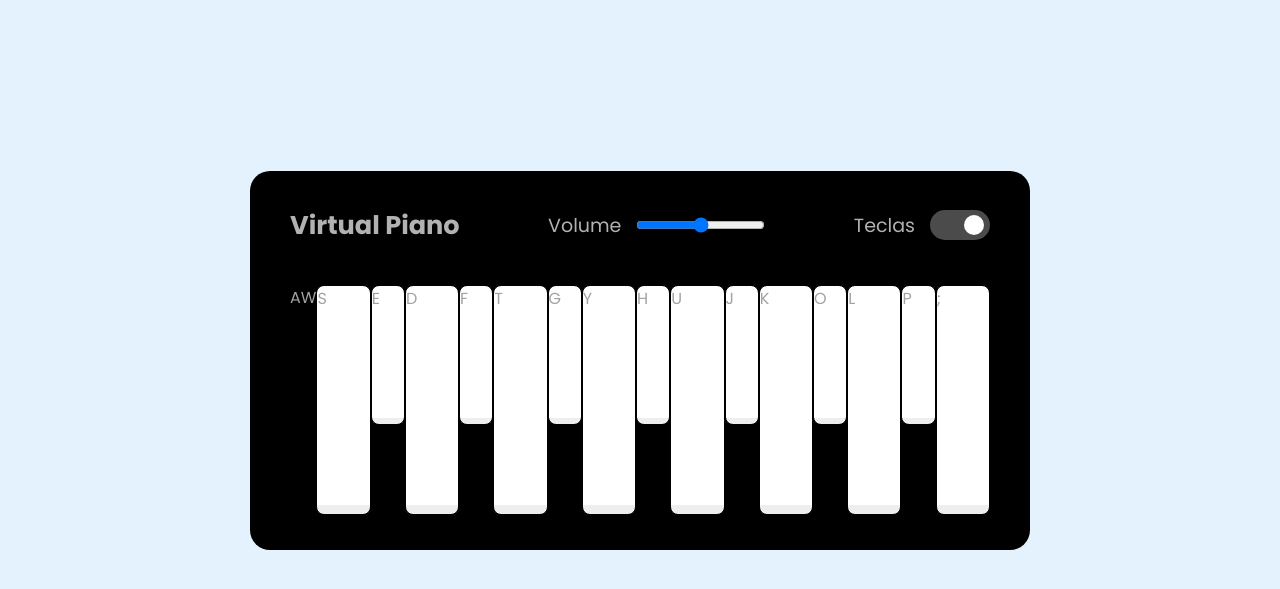
Repository: gustavotwist/simulador-piano
Page: index.html
These files come from the project's save history. The page is drawn as it stood at one moment and after the next save; the edit follows.
The browser window is 1280 px wide. The pictures show the whole page.

Above is the page before, as saved 2024-11-30 17:56:08.

After the next save:
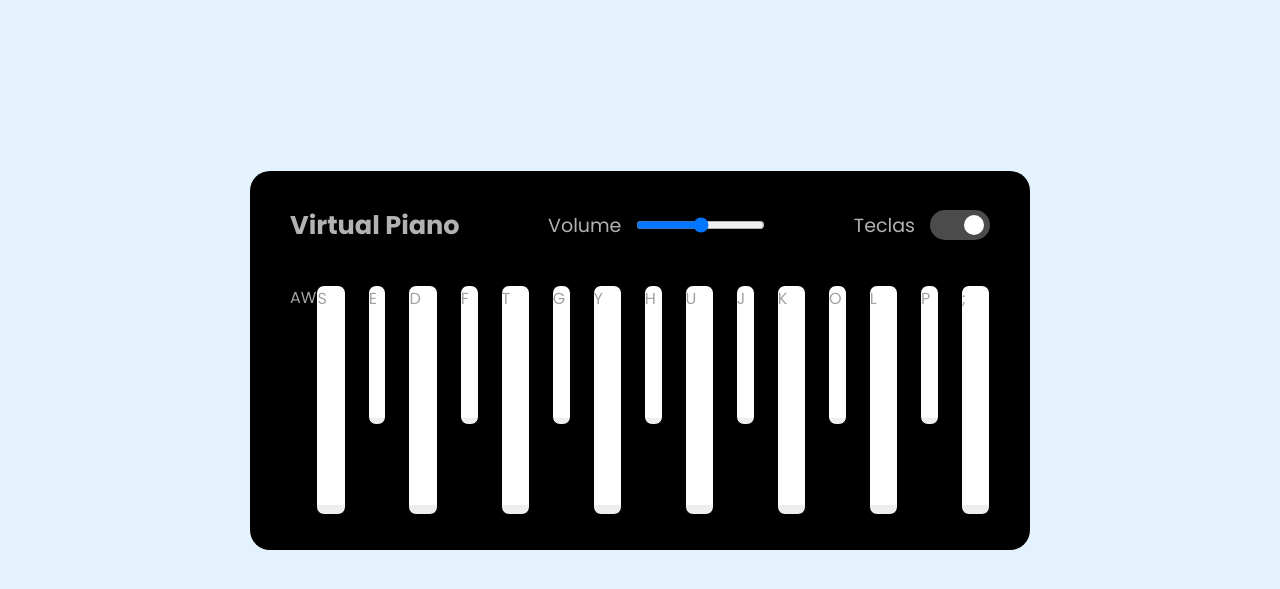
Saved 8 s later.
--- a/src/styles/main.css
+++ b/src/styles/main.css
@@ -94,7 +94,7 @@ header .column span {
     width: 44px;
     height: 140px;
     z-index: 2;
-    margin:;
+    margin: 0 22px 0;
     border: 1px solid black;
     border-radius: 8px;
     background: linear-gradient(#fff 96%, #eee 4%);
